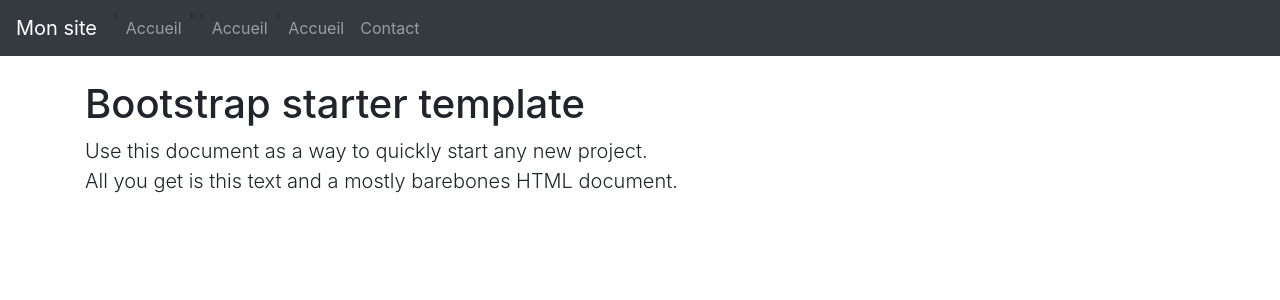
Repository: Alex-Serky/Backend_PHP
Page: http://localhost/
The author's editor kept a copy of each file at every save. The page is drawn from the files as they stood at one save, then again after the next save.
The browser window is 1280 px wide. The pictures show the whole page.
Some web libraries are served in a nearby version. The page is run by PHP 8.4 with error messages shown; the project is at /var/www/html/.

Above is the page before, as saved 2020-07-20 17:04:31.

### index.php
<?php

$nav = 'index';
$title = 'Page d\'accueil';
require 'header.php';
?>

<div class="starter-template">
    <h1>Bootstrap starter template</h1>
    <p class="lead">Use this document as a way to quickly start any new project.<br> All you get is this text and a mostly barebones HTML document.</p>
</div>

<?php require 'footer.php'; ?>

### header.php
<?php

function nav_item(string $lien, string $titre){
    $classe = 'nav-item';
    if ($_SERVER['SCRIPT_NAME'] === $lien) {
        $classe = $classe . ' active';
    }
    return <<<HTML
        '<li class="' . $classe . '">
            <a class="nav-link" href="' . $lien .'">Accueil</a>
        </li>'
HTML;
}

?>

<!doctype html>
<html lang="en">

<head>
    <meta charset="utf-8">
    <meta name="viewport" content="width=device-width, initial-scale=1, shrink-to-fit=no">
    <meta name="description" content="">
    <meta name="author" content="">
    <link rel="icon" href="/docs/4.0/assets/img/favicons/favicon.ico">

    <title>
        <?php if(isset($title)): ?>
            <?= $title; ?>
        <?php else: ?>
            Mon site
        <?php endif; ?>
    </title>

    <!-- Bootstrap core CSS -->
    <link rel="stylesheet" href="https://stackpath.bootstrapcdn.com/bootstrap/4.5.0/css/bootstrap.min.css" integrity="sha384-9aIt2nRpC12Uk9gS9baDl411NQApFmC26EwAOH8WgZl5MYYxFfc+NcPb1dKGj7Sk" crossorigin="anonymous">

</head>

<body>

    <nav class="navbar navbar-expand-md navbar-dark bg-dark mb-4">
        <a class="navbar-brand" href="#">Mon site</a>
        <button class="navbar-toggler" type="button" data-toggle="collapse" data-target="#navbarsExampleDefault" aria-controls="navbarsExampleDefault" aria-expanded="false" aria-label="Toggle navigation">
            <span class="navbar-toggler-icon"></span>
        </button>

        <div class="collapse navbar-collapse" id="navbarsExampleDefault">
            <ul class="navbar-nav mr-auto">
                <?= nav_item('./index.php', 'Accueil') ?>
                <?= nav_item('./contact.php', 'Contact') ?>
                <li class="nav-item <?php if($_SERVER['SCRIPT_NAME'] === './index.php'): ?>active<?php endif; ?>">
                    <a class="nav-link" href="./index.php">Accueil</a>
                </li>
                <li class="nav-item <?php if($_SERVER['SCRIPT_NAME'] === './contact.php'): ?>active<?php endif; ?>">
                    <a class="nav-link" href="./contact.php">Contact</a>
                </li>
            </ul>
        </div>
    </nav>

    <main role="main" class="container">

### footer.php
</main><!-- /.container -->

<script src="https://code.jquery.com/jquery-3.2.1.slim.min.js" integrity="sha384-KJ3o2DKtIkvYIK3UENzmM7KCkRr/rE9/Qpg6aAZGJwFDMVNA/GpGFF93hXpG5KkN" crossorigin="anonymous"></script>
<script src="https://cdnjs.cloudflare.com/ajax/libs/popper.js/1.12.9/umd/popper.min.js" integrity="sha384-ApNbgh9B+Y1QKtv3Rn7W3mgPxhU9K/ScQsAP7hUibX39j7fakFPskvXusvfa0b4Q" crossorigin="anonymous"></script>
<script src="https://maxcdn.bootstrapcdn.com/bootstrap/4.0.0/js/bootstrap.min.js" integrity="sha384-JZR6Spejh4U02d8jOt6vLEHfe/JQGiRRSQQxSfFWpi1MquVdAyjUar5+76PVCmYl" crossorigin="anonymous"></script>
</body>

</html>

After the next save:
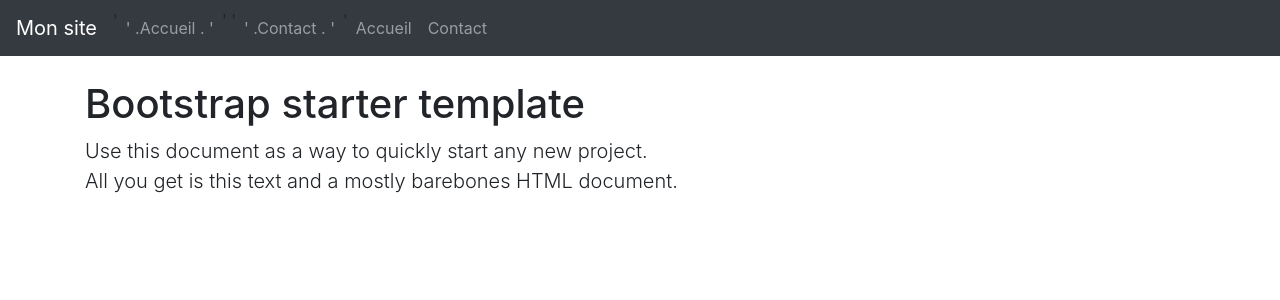
Saved 56 s later.
--- a/header.php
+++ b/header.php
@@ -7,7 +7,7 @@ function nav_item(string $lien, string $titre){
     }
     return <<<HTML
         '<li class="' . $classe . '">
-            <a class="nav-link" href="' . $lien .'">Accueil</a>
+            <a class="nav-link" href="' . $lien .'">' .$titre . '</a>
         </li>'
 HTML;
 }
